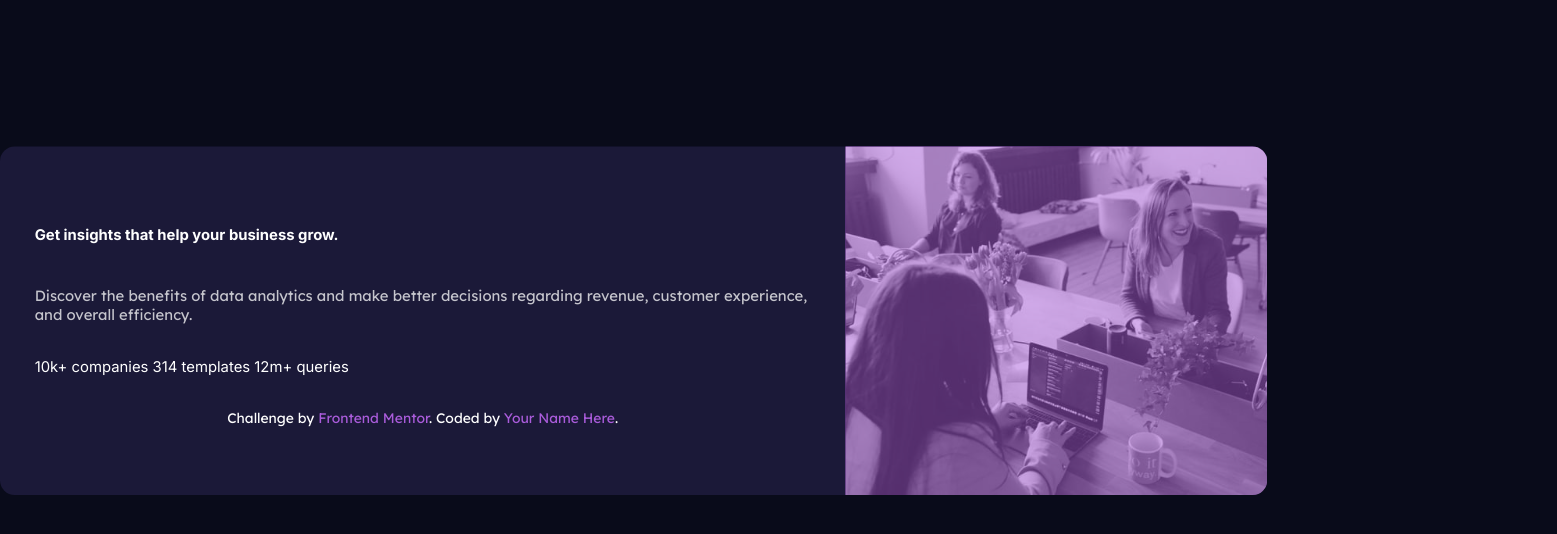
Repository: wasanmsn/Card_Challange
Page: index.html
An editor plug-in stored every save of this project. The page is shown before and after the next save, followed by the edit.
The browser window is 1280 px wide. The page is 1280 px wide, then 1573 px, then 1280 px, so the pictures cover 1573 px, including what lies to the right of the window. The pictures show the whole page, at 99% of full size.

Above is the page before, as saved 2021-07-21 16:22:04.

### index.html
<!DOCTYPE html>
<html lang="en">

<head>
  <meta charset="UTF-8">
  <meta name="viewport" content="width=device-width, initial-scale=1.0">
  <!-- displays site properly based on user's device -->

  <link rel="icon" type="image/png" sizes="32x32" href="./images/favicon-32x32.png">
  <link rel="stylesheet" href="./stylesheet.css">

  <title>Frontend Mentor | Stats preview card component</title>

</head>

<body>
  <div class="container">
    <div class="column1">
      <h1 id="header">
        Get insights that help your business grow.
      </h1>
      <div id="content">
        Discover the benefits of data analytics and make better decisions regarding revenue, customer
        experience, and overall efficiency.
      </div>
      <div id="content2">
        10k+ companies
        314 templates
        12m+ queries
      </div>
      <div class="attribution">
        Challenge by <a href="https://www.frontendmentor.io?ref=challenge" target="_blank">Frontend Mentor</a>.
        Coded by <a href="#">Your Name Here</a>.
      </div>
    </div>
      <div class="column2">
        <image id="img" src="./images/image-header-desktop.jpg">
    </div>
  </div>


</body>

</html>

### stylesheet.css
@import url('https://fonts.googleapis.com/css2?family=Inter:wght@400;700&family=Lexend+Deca&display=swap');

body {
    margin: 0;
    padding: 0;
    background-color: hsl(233, 47%, 7%);
}

.container {
    width: 100%;
    display: flex;
    height: 90vh;
    justify-content: center;
    align-items: center;

}

.column1 {
    -webkit-box-sizing: border-box;
    /* Safari/Chrome, other WebKit */
    -moz-box-sizing: border-box;
    /* Firefox, other Gecko */
    box-sizing: border-box;
    /* Opera/IE 8+ */
    display: flex;
    flex-direction: column;
    justify-content: space-evenly;
    height: 22rem;
    max-width: 1440px;
    padding: 35px;
    border-radius: 15px 0 0 15px;
    background-color: hsl(244, 38%, 16%);

}

.column2 {
    max-width: 1440px;
    -webkit-box-sizing: border-box;
    /* Safari/Chrome, other WebKit */
    -moz-box-sizing: border-box;
    /* Firefox, other Gecko */
    box-sizing: border-box;
    /* Opera/IE 8+ */
    height: 22rem;
    border-radius: 0 15px 15px 0;
    background-color: hsl(277, 64%, 61%);
}

#img {
    opacity: 0.5;
    height: 100%;
    border-radius: 0 15px 15px 0;
}
#header{
    font-size: 15px;
    font-family: 'Inter', sans-serif;
    font-weight: 700;
    color:hsl(0, 0%, 100%) ;
}
#content{
    font-size: 15px;
    font-family: 'Lexend Deca', sans-serif;
    color: hsla(0, 0%, 100%, 0.75);
}
#content2{
    font-size: 15px;
    font-family: 'Inter', sans-serif;
    color: hsl(0, 0%, 100%) ;
}
.attribution {
    justify-self: flex-end;
    font-size: 14px;
    text-align: center;
    font-family: 'Lexend Deca', sans-serif;
    color: hsl(0, 0%, 100%) ;
}
.attribution a {
    text-decoration: none;
    color: hsl(277, 64%, 61%);
  }

After the next save:
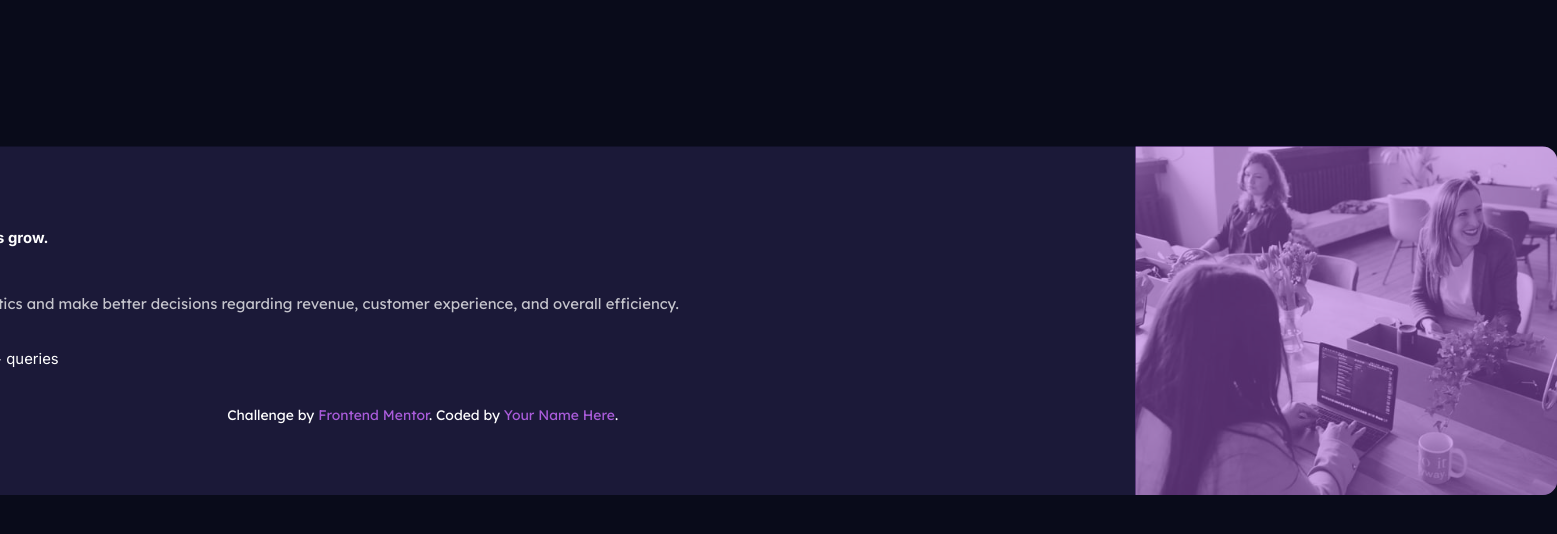
Saved 8 s later.
--- a/stylesheet.css
+++ b/stylesheet.css
@@ -26,7 +26,7 @@
     flex-direction: column;
     justify-content: space-evenly;
     height: 22rem;
-    max-width: 1440px;
+    min-width: 1440px;
     padding: 35px;
     border-radius: 15px 0 0 15px;
     background-color: hsl(244, 38%, 16%);
@@ -34,7 +34,6 @@
 }
 
 .column2 {
-    max-width: 1440px;
     -webkit-box-sizing: border-box;
     /* Safari/Chrome, other WebKit */
     -moz-box-sizing: border-box;

After the save that followed:
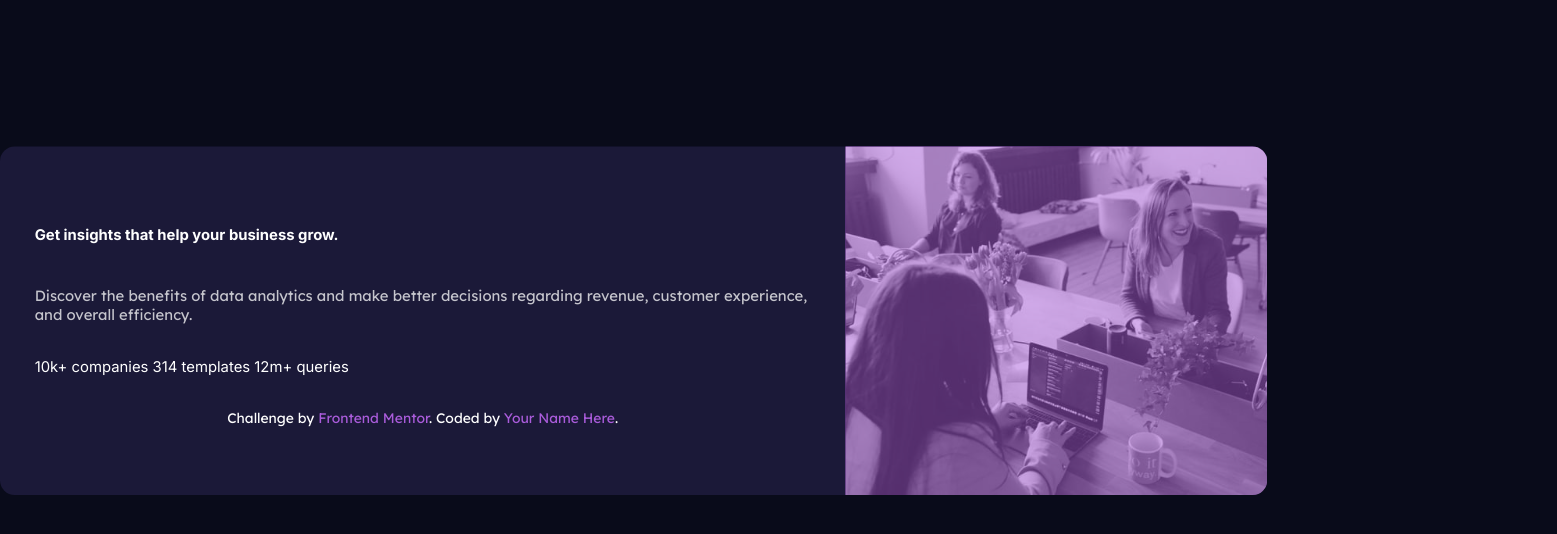
Saved 12 s later.
--- a/stylesheet.css
+++ b/stylesheet.css
@@ -26,7 +26,7 @@
     flex-direction: column;
     justify-content: space-evenly;
     height: 22rem;
-    min-width: 1440px;
+    width: 1440px;
     padding: 35px;
     border-radius: 15px 0 0 15px;
     background-color: hsl(244, 38%, 16%);
